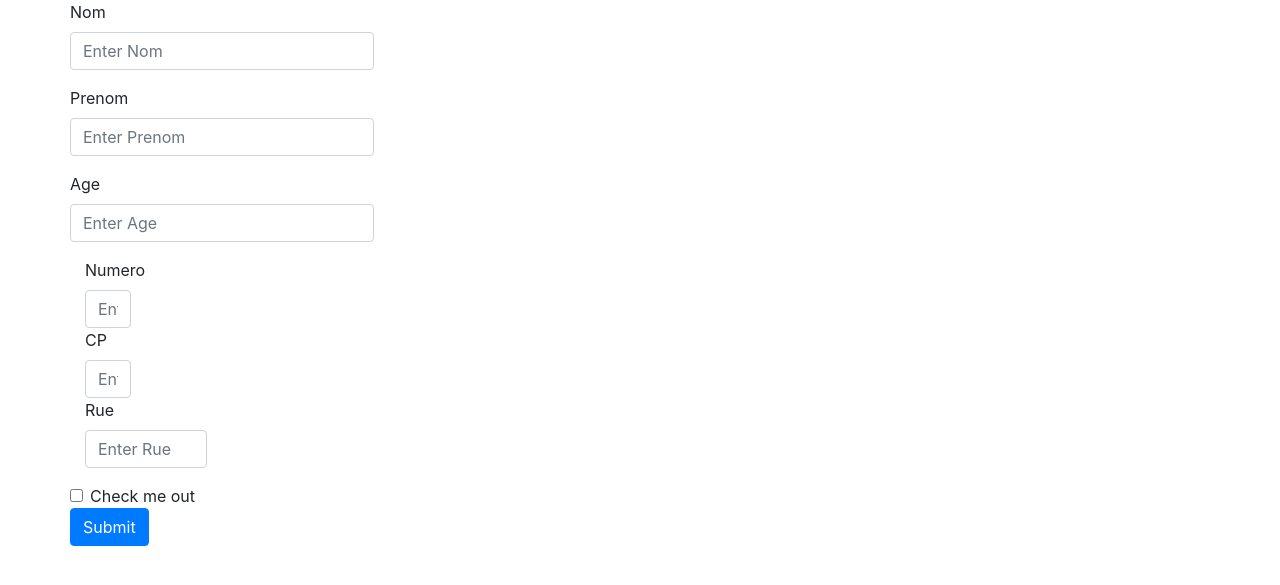
Repository: MacCampers/java-stuff
Page: http://localhost/ProjetResto/
The author's editor kept a copy of each file at every save. The page is drawn from the files as they stood at one save, then again after the next save.
The browser window is 1280 px wide. The pictures show the whole page.
The page is served by Tomcat 9. Nobody is signed in. The application's start-up code is not run.

Above is the page before, as saved 2020-02-14 14:02:25.

After the next save:
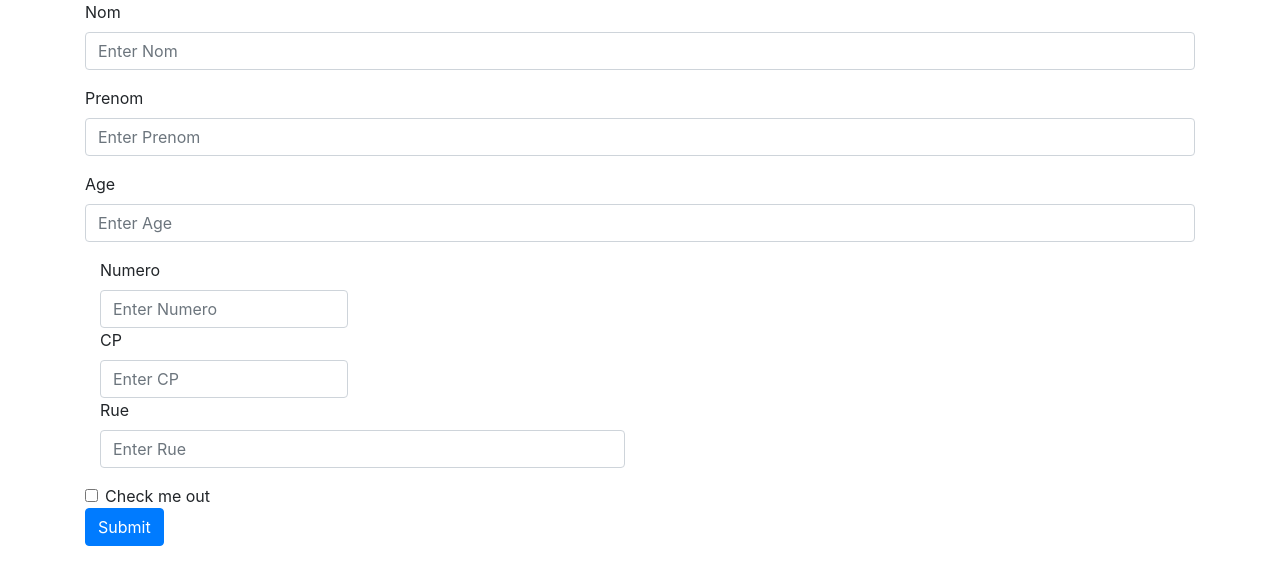
Saved 36 s later.
--- a/workspaceJSP/ProjetResto/src/main/webapp/index.jsp
+++ b/workspaceJSP/ProjetResto/src/main/webapp/index.jsp
@@ -16,49 +16,49 @@
 <body class="goto-here">
 	<div class="container">
 		<div class="row">
-			<form>
-				<div class="form-group">
-					<label for="exampleInputname">Nom</label> <input type="text"
-						class="form-control" id="exampleInputname"
-						 placeholder="Enter Nom">
-				</div>
-				<div class="form-group">
-					<label for="exampleInputPrenom">Prenom</label> <input type="text"
-						class="form-control" id="exampleInputPrenom"
-						 placeholder="Enter Prenom">
-				</div>
-				<div class="form-group">
-					<label for="exampleInputAge">Age</label> <input type="text"
-						class="form-control" id="exampleInputAge"
-						 placeholder="Enter Age">
-				</div>
-
-				<div class="form-group">
-					<div class="col-3">
-						<label for="exampleInputNumero">Numero</label> <input
-							type="text" class="form-control" id="exampleInputNumero"
-							 placeholder="Enter Numero">
+			<div class="col-12">
+				<form>
+					<div class="form-group">
+						<label for="exampleInputname">Nom</label> <input type="text"
+							class="form-control" id="exampleInputname"
+							placeholder="Enter Nom">
 					</div>
-					<div class="col-3">
-						<label for="exampleInputCP">CP</label> <input
-							type="text" class="form-control" id="exampleInputCP"
-							placeholder="Enter CP">
+					<div class="form-group">
+						<label for="exampleInputPrenom">Prenom</label> <input type="text"
+							class="form-control" id="exampleInputPrenom"
+							placeholder="Enter Prenom">
 					</div>
-					<div class="col-6">
-						<label for="exampleInputRue">Rue</label> <input
-							type="text" class="form-control" id="exampleInputRue"
-							 placeholder="Enter Rue">
+					<div class="form-group">
+						<label for="exampleInputAge">Age</label> <input type="text"
+							class="form-control" id="exampleInputAge" placeholder="Enter Age">
 					</div>
 
-				</div>
+					<div class="form-group">
+						<div class="col-3">
+							<label for="exampleInputNumero">Numero</label> <input type="text"
+								class="form-control" id="exampleInputNumero"
+								placeholder="Enter Numero">
+						</div>
+						<div class="col-3">
+							<label for="exampleInputCP">CP</label> <input type="text"
+								class="form-control" id="exampleInputCP" placeholder="Enter CP">
+						</div>
+						<div class="col-6">
+							<label for="exampleInputRue">Rue</label> <input type="text"
+								class="form-control" id="exampleInputRue"
+								placeholder="Enter Rue">
+						</div>
 
-				<div class="form-check">
-					<input type="checkbox" class="form-check-input" id="exampleCheck1">
-					<label class="form-check-label" for="exampleCheck1">Check
-						me out</label>
-				</div>
-				<button type="submit" class="btn btn-primary">Submit</button>
-			</form>
+					</div>
+
+					<div class="form-check">
+						<input type="checkbox" class="form-check-input" id="exampleCheck1">
+						<label class="form-check-label" for="exampleCheck1">Check
+							me out</label>
+					</div>
+					<button type="submit" class="btn btn-primary">Submit</button>
+				</form>
+			</div>
 		</div>
 	</div>
 </body>
